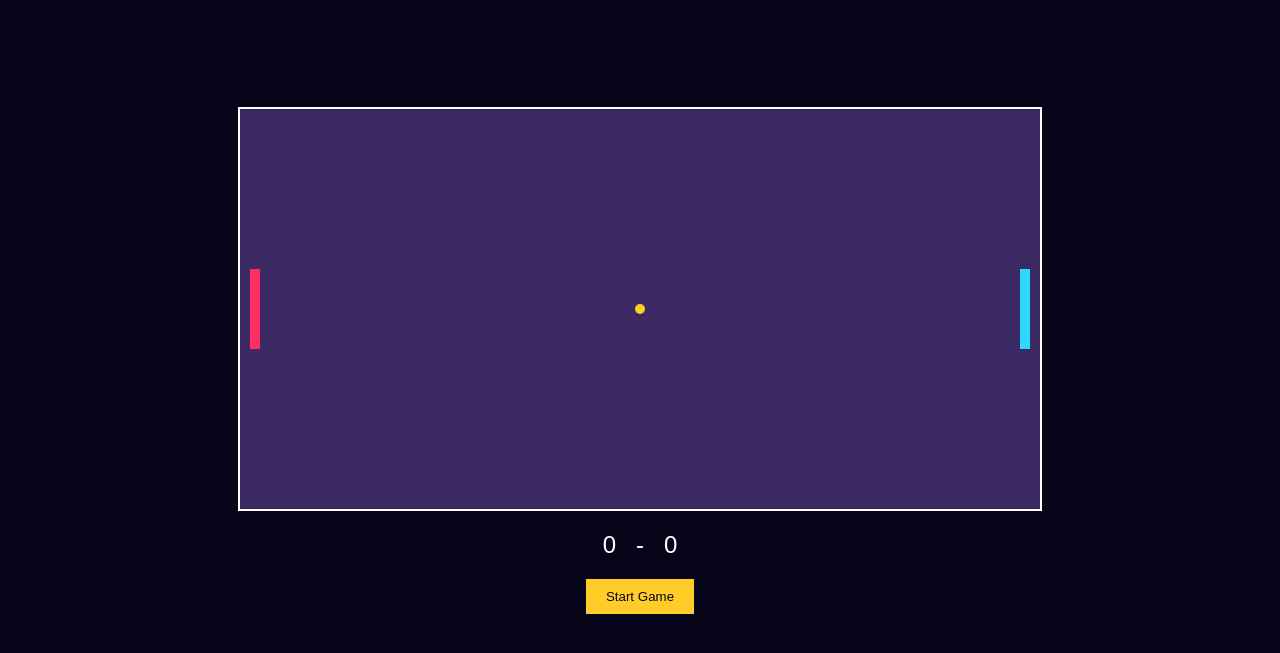
Repository: SiPilip/PingPong-basicJS
Page: index.html
The author's editor kept a copy of each file at every save. The page is drawn from the files as they stood at one save, then again after the next save.
The browser window is 1280 px wide. The pictures show the whole page.

Above is the page before, as saved 2023-05-30 11:28:26.

### index.html
<!DOCTYPE html>
<html>

<!-- ADD, COMMIT, PUSH -->

<head>
    <title>PingPong Game - SiPilip</title>
    <link rel="stylesheet" type="text/css" href="style.css">
</head>

<body>
    <div class="loading-screen" id="loading-screen">
        <span class="loading-text">SiPilip Projects <br> Loading...</span>
    </div>
    <div class="game-container">
        <div id="pong">
            <div id="paddleA"></div>
            <div id="paddleB"></div>
            <div id="ball"></div>
        </div>
        <div id="scoreboard">
            <span id="playerA-score">0</span>
            <span>-</span>
            <span id="playerB-score">0</span>
        </div>
        <button id="start-button" disabled>Mulai Game</button>
    </div>
    <script src="script.js"></script>
</body>

</html>

### style.css
body {
  background-color: #07051a;
  color: #fff;
  font-family: Arial, sans-serif;
  margin: 0;
  padding: 0;
  display: flex;
  justify-content: center;
  align-items: center;
  height: 100vh;
}

.loading-screen {
  position: absolute;
  top: 0;
  left: 0;
  width: 100%;
  height: 100%;
  background-color: #07051a;
  display: flex;
  justify-content: center;
  align-items: center;
  z-index: 9999;
  text-align: center;
}

.loading-text {
  color: #fff;
  font-size: 24px;
  font-weight: bold;
}

@keyframes fadeOut {
  0% {
    opacity: 1;
  }
  100% {
    opacity: 0;
  }
}

.game-container {
  display: flex;
  flex-direction: column;
  align-items: center;
}

#pong {
  position: relative;
  background-color: #3a2963;
  width: 800px;
  height: 400px;
  border: 2px solid #fff;
  display: flex;
  justify-content: center;
  align-items: center;
}

#paddleA,
#paddleB {
  position: absolute;
  width: 10px;
  height: 80px;
  background-color: #fff;
}

#paddleA {
  left: 10px;
  background-color: #ff2e63;
}

#paddleB {
  right: 10px;
  background-color: #2ed8ff;
}

#ball {
  position: absolute;
  background-color: #ffcc29;
  width: 10px;
  height: 10px;
  border-radius: 50%;
}

#start-button {
  background-color: #ffcc29;
  color: #07051a;
  border: none;
  padding: 10px 20px;
  margin-top: 20px;
  cursor: pointer;
}

#scoreboard {
  display: flex;
  justify-content: center;
  margin-top: 20px;
}

#scoreboard span {
  margin: 0 10px;
  font-size: 24px;
  color: #fff;
}

### script.js
document.addEventListener("DOMContentLoaded", () => {
  const pong = document.getElementById("pong");
  const paddleA = document.getElementById("paddleA");
  const paddleB = document.getElementById("paddleB");
  const ball = document.getElementById("ball");
  const startButton = document.getElementById("start-button");
  const playerAScore = document.getElementById("playerA-score");
  const playerBScore = document.getElementById("playerB-score");
  const loadingScreen = document.getElementById("loading-screen");

  let paddleA_Y = 160;
  let paddleB_Y = 160;
  let ball_X = 390;
  let ball_Y = 190;
  let speed_X = 2;
  let speed_Y = 2;
  let playerAScoreValue = 0;
  let playerBScoreValue = 0;
  let isGameRunning = false;

  function update() {
    paddleA.style.top = paddleA_Y + "px";
    paddleB.style.top = paddleB_Y + "px";

    ball_X += speed_X;
    ball_Y += speed_Y;
    ball.style.left = ball_X + "px";
    ball.style.top = ball_Y + "px";

    if (ball_Y > 385 || ball_Y < 0) {
      speed_Y *= -1;
    }

    if (ball_X <= 20 && ball_Y + 10 >= paddleA_Y && ball_Y <= paddleA_Y + 80) {
      speed_X *= -1;
    }

    if (ball_X >= 770 && ball_Y + 10 >= paddleB_Y && ball_Y <= paddleB_Y + 80) {
      speed_X *= -1;
    }

    if (ball_X <= 0) {
      playerBScoreValue++;
      resetGame();
    } else if (ball_X >= 790) {
      playerAScoreValue++;
      resetGame();
    }

    playerAScore.textContent = playerAScoreValue;
    playerBScore.textContent = playerBScoreValue;

    if (isGameRunning) {
      requestAnimationFrame(update);
    }
  }

  function resetGame() {
    ball_X = 390;
    ball_Y = 190;
    speed_X *= -1;
    paddleA_Y = 160;
    paddleB_Y = 160;

    isGameRunning = false;
    startButton.disabled = false;
    startButton.textContent = "Start Game";
  }

  function startGame() {
    isGameRunning = true;
    startButton.disabled = true;
    startButton.textContent = "Game in Progress";
    update();
  }

  function movePaddleA(event) {
    const mouseY = event.clientY - pong.offsetTop;
    if (mouseY >= 0 && mouseY <= 320) {
      paddleA_Y = mouseY;
    }
  }

  function movePaddleB() {
    // Mengikuti gerakan bola dengan gerakan yang lebih alami
    const paddleCenter = paddleB_Y + 40;
    const ballCenter = ball_Y + 5;
    const distance = ballCenter - paddleCenter;

    if (Math.abs(distance) < 10) {
      return; // Jika sudah mendekati posisi bola, biarkan paddle tetap
    }

    let moveAmount = Math.min(4, Math.abs(distance) / 10);

    if (distance < 0) {
      paddleB_Y -= moveAmount;
    } else {
      paddleB_Y += moveAmount;
    }
  }

  pong.addEventListener("mousemove", movePaddleA);

  setTimeout(() => {
    loadingScreen.style.animation = "fadeOut 1s forwards";
    loadingScreen.style.display = "none";
    startButton.disabled = false;
    startButton.textContent = "Start Game";
  }, 3000);

  startButton.addEventListener("click", startGame);

  // Menggerakkan paddle B setiap 10ms
  setInterval(movePaddleB, 10);
});

After the next save:
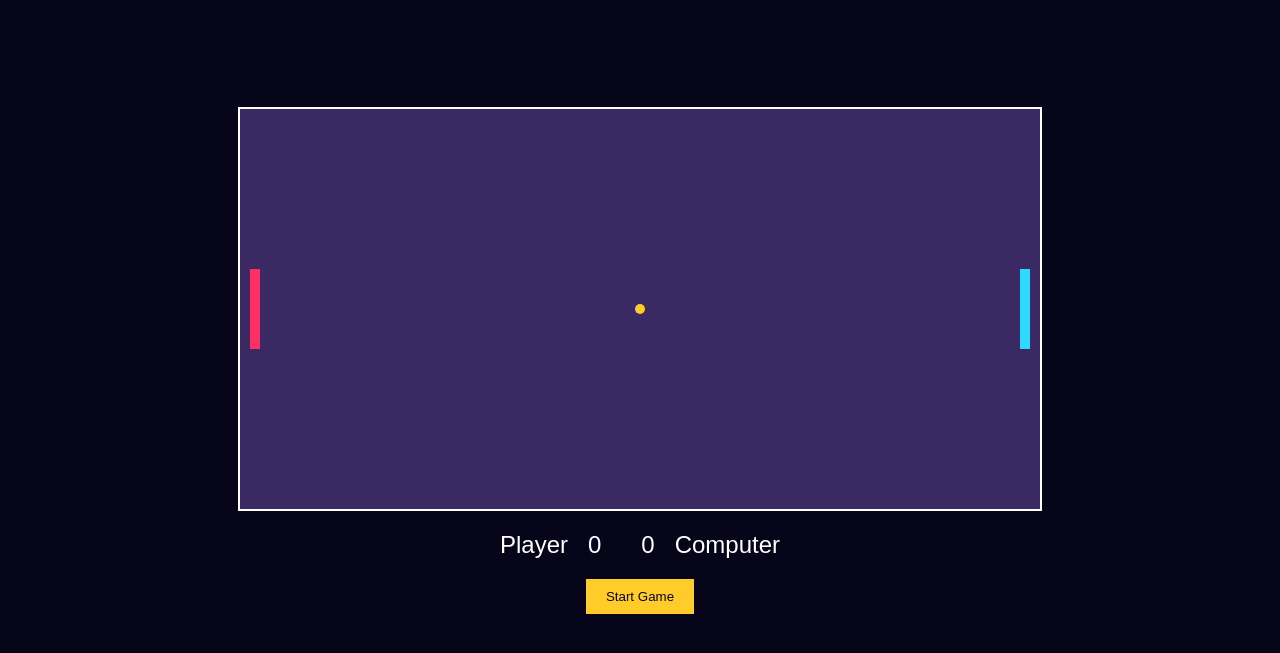
Saved 38 s later.
--- a/index.html
+++ b/index.html
@@ -19,9 +19,11 @@
             <div id="ball"></div>
         </div>
         <div id="scoreboard">
+            <span>Player</span>
             <span id="playerA-score">0</span>
-            <span>-</span>
+            <span></span>
             <span id="playerB-score">0</span>
+            <span>Computer</span>
         </div>
         <button id="start-button" disabled>Mulai Game</button>
     </div>
